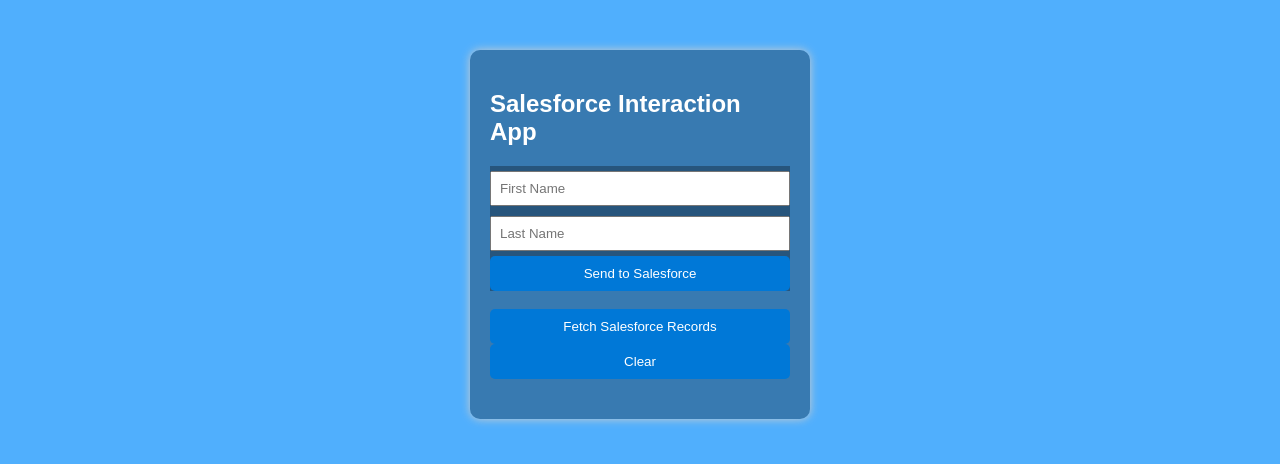
Repository: PamodaW/SalesforceSync
Page: Client/index.html
An editor plug-in stored every save of this project. The page is shown before and after the next save, followed by the edit.
The browser window is 1280 px wide. The pictures show the whole page.

Above is the page before, as saved 2024-11-20 15:33:19.

After the next save:
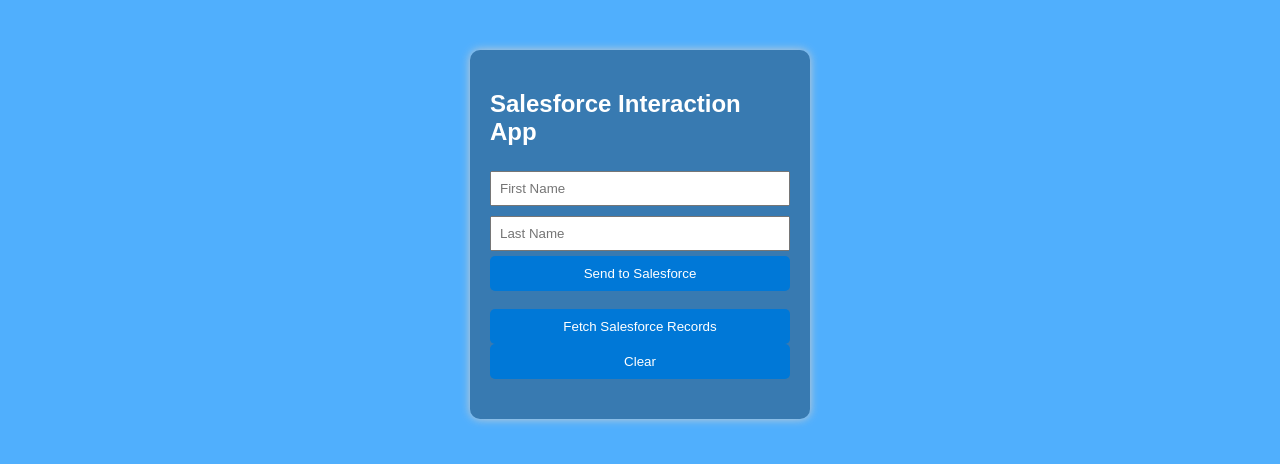
Saved 14 s later.
--- a/Client/style.css
+++ b/Client/style.css
@@ -38,10 +38,3 @@
 #output {
     margin-top: 20px;
 }
-
-
-
-form{
-    background-color: rgba(0, 0, 0, 0.3); /* 30% transparent black background */
-    color: #ffffff; /* Text color remains opaque */
-}
